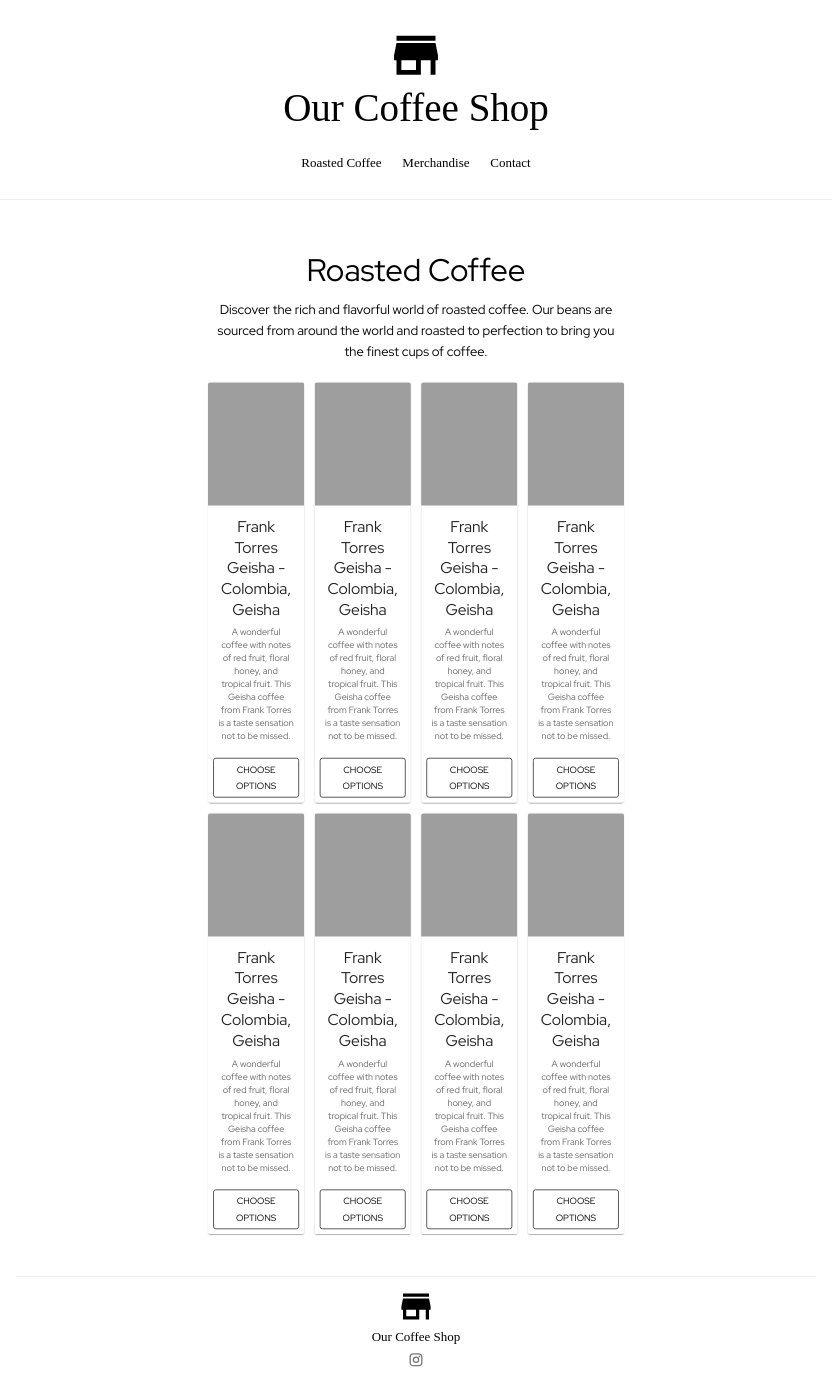
Repository: Cmicula054/Fledge-Coffee
Page: /roasted-coffee
These files come from the project's save history. The page is drawn as it stood at one moment and after the next save; the edit follows.
The browser window is 1280 px wide. The pictures show the whole page, at 65% of full size.
Pictures or frames that could not be fetched are drawn as grey boxes. Some web fonts or font styles are not loaded; a fallback is used. The project was rebuilt for these pictures with package versions that can differ from the ones it lists, and the page was loaded fresh each time. Also part of the build but not shown: src/components/Merchandise.jsx, src/components/Contact.jsx.

Above is the page before, as saved 2023-12-08 15:06:19.

### src/App.js
import React from "react";
import { BrowserRouter as Router, Routes, Route } from "react-router-dom";
import { createTheme, ThemeProvider } from "@mui/material";
import RoastedCoffee from "./components/RoastedCoffee";
import GreenBeans from "./components/Merchandise";
import Contact from "./components/Contact";

function App() {
  const theme = createTheme({
    typography: {
      fontFamily: "Dancing Script, cursive",
    },
  });
  return (
    <ThemeProvider theme={theme}>
      <Router>
        <Routes>
          <Route path="/" element={<RoastedCoffee />} />
          <Route path="/roasted-coffee" element={<RoastedCoffee />} />
          <Route path="/green-beans" element={<GreenBeans />} />
          <Route path="/contact" element={<Contact />} />
        </Routes>
      </Router>
    </ThemeProvider>
  );
}

export default App;

### src/store.js
import { configureStore } from "@reduxjs/toolkit";
import coffeeReducer from "./CoffeeSlice";
import navReducer from "./navSlice";

export const store = configureStore({
  reducer: {
    coffee: coffeeReducer,
    nav: navReducer,
  },
});

export default store;

### src/components/RoastedCoffee.jsx
import React from "react";
import { createTheme, ThemeProvider } from "@mui/material/styles";
import { Box, Typography, Grid } from "@mui/material";
import Layout from "./Layout";
import CoffeeCard from "./CoffeeCard";

// create a theme with "Red Hat Display" font
const theme = createTheme({
  typography: {
    fontFamily: "Red Hat Display, sans-serif",
  },
});

const RoastedCoffee = () => {
  return (
    <Layout>
      <ThemeProvider theme={theme}>
        <Box mt={10} mx={40} textAlign="center">
          <Typography variant="h3" gutterBottom>
            Roasted Coffee
          </Typography>
          <Typography variant="h6">
            Discover the rich and flavorful world of roasted coffee. Our beans
            are sourced from around the world and roasted to perfection to bring
            you the finest cups of coffee.
          </Typography>
          <Box mt={4}>
            <Grid container spacing={2}>
              {[...Array(8)].map((_, index) => (
                <Grid item xs={12} sm={6} md={3} key={index}>
                  <CoffeeCard />
                </Grid>
              ))}
            </Grid>
          </Box>
        </Box>
      </ThemeProvider>
    </Layout>
  );
};

export default RoastedCoffee;

### src/CoffeeSlice.js
// coffeeSlice.js

import { createSlice } from "@reduxjs/toolkit";

const initialState = {
  coffee: [
    {
      name: "Frank Torres Geisha",
      region: "Colombia, Geisha",
      description:
        "A wonderful coffee with notes of red fruit, floral honey, and tropical fruit. This Geisha coffee from Frank Torres is a taste sensation not to be missed.",
      notes: ["blood orange", "berries", "apple"],
      prices: [32.0, 55.0],
    },
    // Add other 7 coffee objects here with different names, regions and descriptions
  ],
};

export const coffeeSlice = createSlice({
  name: "coffee",
  initialState,
  reducers: {
    // You can put some actions here if you want to modify the state
  },
});

// If you have reducers
// export const { action1, action2 } = coffeeSlice.actions;

export default coffeeSlice.reducer;

### src/navSlice.js
// navSlice.js

import { createSlice } from "@reduxjs/toolkit";

export const navSlice = createSlice({
  name: "nav",
  initialState: {
    selectedLink: "",
  },
  reducers: {
    selectLink: (state, action) => {
      state.selectedLink = action.payload;
    },
  },
});

export const { selectLink } = navSlice.actions;

export default navSlice.reducer;

### src/components/Layout.jsx
import React from "react";
import { Link } from "react-router-dom";
import { Container, Box, Divider, Typography } from "@mui/material";
import StoreIcon from "@mui/icons-material/Store";
import Footer from "./Footer";
import { useDispatch } from "react-redux";
import { selectLink } from "../navSlice";

const styles = {
  link: {
    textDecoration: "none",
    color: "inherit",
  },
};

const Layout = ({ children }) => {
  const dispatch = useDispatch();

  return (
    <div>
      <Container>
        <Box my={5} display="flex" flexDirection="column" alignItems="center">
          <StoreIcon style={{ fontSize: 90 }} />
          <Typography variant="h2" align="center">
            Our Coffee Shop
          </Typography>
          <Box display="flex" justifyContent="center" gap={4} mt={4}>
            <Typography variant="h6">
              <Link
                onClick={() => dispatch(selectLink("Roasted Coffee"))}
                to="/roasted-coffee"
                style={styles.link}
                onMouseEnter={(e) =>
                  (e.currentTarget.style.textDecoration = "underline")
                }
                onMouseLeave={(e) =>
                  (e.currentTarget.style.textDecoration = "none")
                }
              >
                Roasted Coffee
              </Link>
            </Typography>
            <Typography variant="h6">
              <Link
                to="/green-beans"
                onClick={() => dispatch(selectLink("Merchandise"))}
                style={styles.link}
                onMouseEnter={(e) =>
                  (e.currentTarget.style.textDecoration = "underline")
                }
                onMouseLeave={(e) =>
                  (e.currentTarget.style.textDecoration = "none")
                }
              >
                Merchandise
              </Link>
            </Typography>
            <Typography variant="h6">
              <Link
                to="/contact"
                style={styles.link}
                onClick={() => dispatch(selectLink("Contact"))}
                onMouseEnter={(e) =>
                  (e.currentTarget.style.textDecoration = "underline")
                }
                onMouseLeave={(e) =>
                  (e.currentTarget.style.textDecoration = "none")
                }
              >
                Contact
              </Link>
            </Typography>
          </Box>
        </Box>
      </Container>
      <Divider />
      {children}
      <Footer />
    </div>
  );
};

export default Layout;

### src/components/CoffeeCard.jsx
// CoffeeCard.js

import React, { useState } from "react";
import {
  Button,
  Card,
  CardActions,
  CardContent,
  CardMedia,
  Typography,
} from "@mui/material";
import { useSelector } from "react-redux";
import CoffeeCardModal from "./CoffeeCardModal";

const CoffeeCard = () => {
  const [open, setOpen] = useState(false);
  const coffees = useSelector((state) => state.coffee.coffee);

  const handleClickOpen = () => {
    setOpen(true);
  };

  const handleClose = () => {
    setOpen(false);
  };

  const title = "Frank Torres Geisha - Colombia, Geisha";

  return (
    <>
      <Card style={{ maxWidth: 245, margin: "auto" }}>
        <CardMedia
          component="img"
          height="190"
          image="https://developers.google.com/maps/documentation/streetview/images/error-image-generic.png"
          alt="No Image"
        />
        <CardContent>
          <Typography gutterBottom variant="h5" component="div">
            {title}
          </Typography>
          <Typography variant="body2" color="text.secondary">
            A wonderful coffee with notes of red fruit, floral honey, and
            tropical fruit. This Geisha coffee from Frank Torres is a taste
            sensation not to be missed.
          </Typography>
        </CardContent>
        <CardActions sx={{ justifyContent: "center" }}>
          <Button
            variant="outlined"
            color="primary"
            sx={{ color: "black", borderColor: "black" }}
            onClick={handleClickOpen}
          >
            Choose Options
          </Button>
        </CardActions>
      </Card>

      <CoffeeCardModal open={open} handleClose={handleClose} title={title} />
    </>
  );
};

export default CoffeeCard;

### src/components/Footer.jsx
// Footer.js

import React from "react";
import { Box, Typography, Divider, IconButton } from "@mui/material";
import { Instagram } from "@mui/icons-material";
import StoreIcon from "@mui/icons-material/Store";

const Footer = () => {
  return (
    <Box mt={5} p={3} bgcolor="background.paper">
      <Divider />
      <Box
        display="flex"
        justifyContent="center"
        alignItems="center"
        flexDirection="column"
        pt={2}
      >
        <StoreIcon style={{ fontSize: 60 }} />
        <Typography variant="h6" align="center">
          Our Coffee Shop
        </Typography>
        <IconButton
          color="black"
          component="a"
          href="https://www.instagram.com"
          target="_blank"
          rel="noopener noreferrer"
        >
          <Instagram />
        </IconButton>
      </Box>
    </Box>
  );
};

export default Footer;

### src/components/CoffeeCardModal.jsx
// CoffeeCardModal.js

import React from "react";
import { Dialog, DialogContent, Grid, Typography } from "@mui/material";

const CoffeeCardModal = ({ open, handleClose, title }) => {
  return (
    <Dialog
      open={open}
      onClose={handleClose}
      PaperProps={{
        style: {
          border: "3px solid black",
          borderRadius: "8px",
        },
      }}
    >
      <DialogContent>
        <Grid container spacing={2}>
          <Grid item xs={12} sm={6}>
            <img
              src="https://developers.google.com/maps/documentation/streetview/images/error-image-generic.png"
              alt=""
              style={{ width: "100%", height: "auto" }}
            />
          </Grid>
          <Grid item xs={12} sm={6}>
            <Typography variant="h2">{title}</Typography>
          </Grid>
        </Grid>
      </DialogContent>
    </Dialog>
  );
};

export default CoffeeCardModal;

Loaded but not shown: public/index.html (common file); src/index.js (common file); src/index.css (common file); src/reportWebVitals.js (common file)

After the next save:
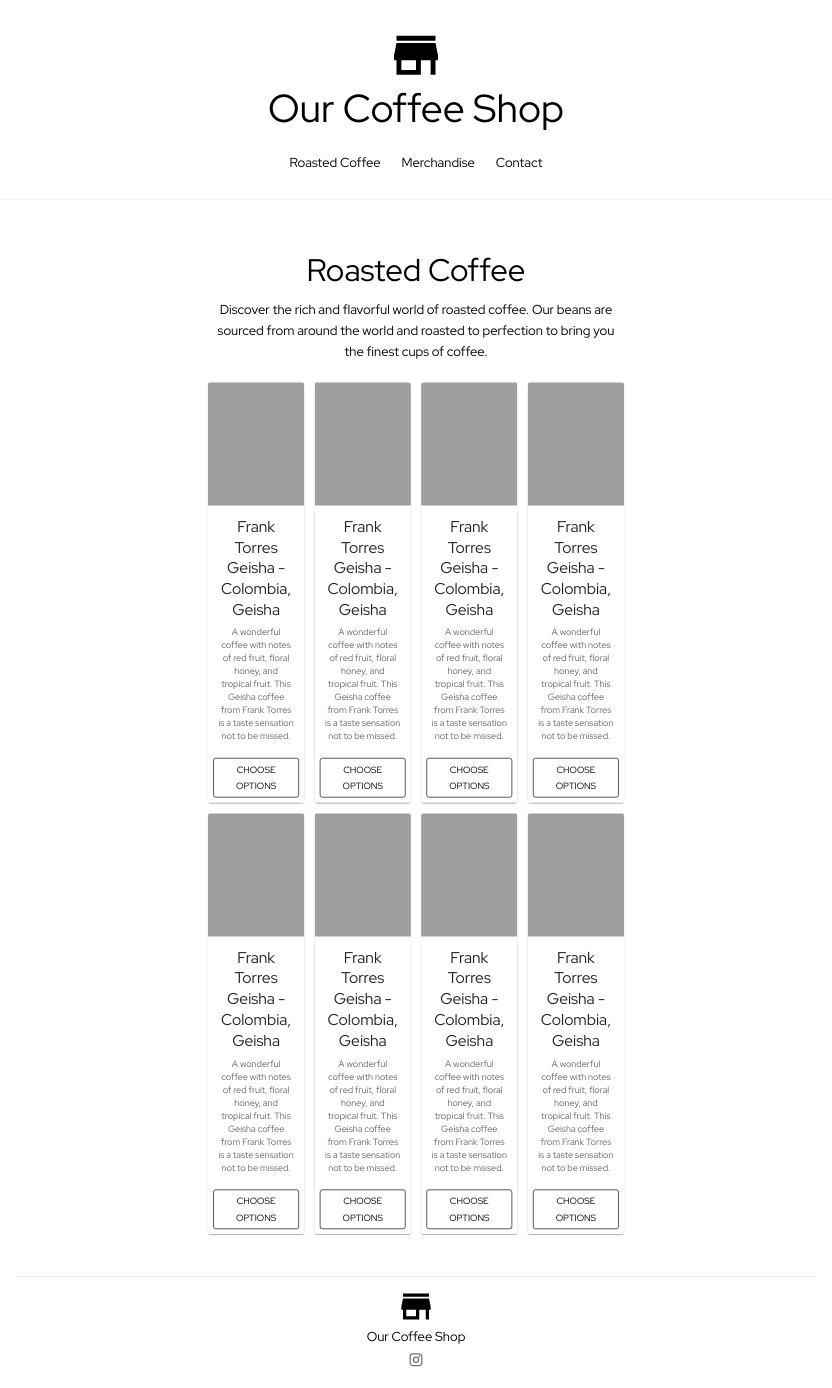
Saved 3 min 10 s later.
--- a/src/App.js
+++ b/src/App.js
@@ -7,9 +7,25 @@
 
 function App() {
   const theme = createTheme({
+    palette: {
+      primary: {
+        main: "#5e503f", // a coffee-inspired color
+      },
+      secondary: {
+        main: "#b9925e", // a complementary color
+      },
+      background: {
+        default: "#fffaf5", // a light, warm color for the background
+      },
+      text: {
+        primary: "#3e2723", // dark color for text for readability
+        secondary: "#5e503f", // slightly lighter color for secondary text
+      },
+    },
     typography: {
-      fontFamily: "Dancing Script, cursive",
+      fontFamily: "Red Hat Display, sans-serif",
     },
+    // other theme customizations
   });
   return (
     <ThemeProvider theme={theme}>
